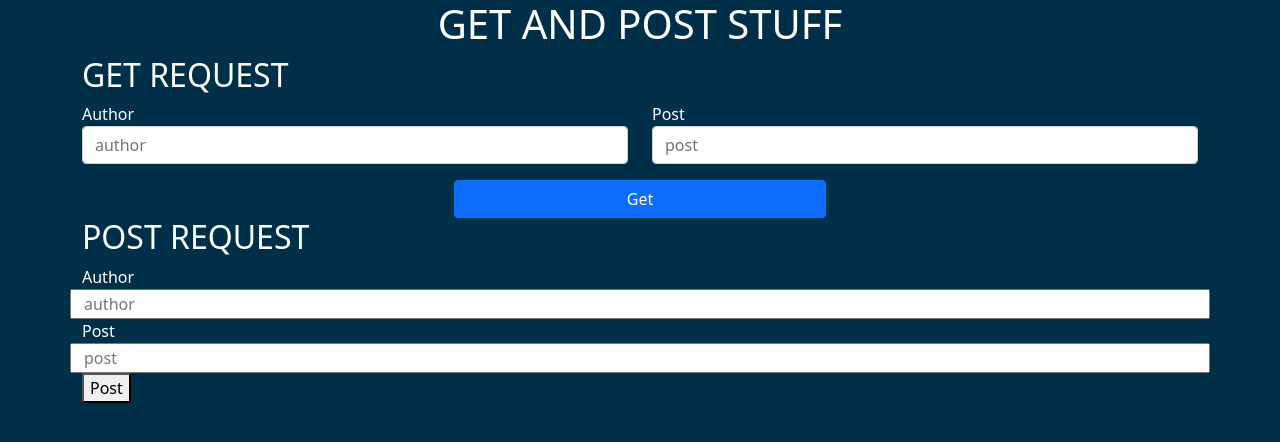
Repository: uditjain100/JavaScript-for-Web
Page: 17.REST/getPost.html
The author's editor kept a copy of each file at every save. The page is drawn from the files as they stood at one save, then again after the next save.
The browser window is 1280 px wide. The pictures show the whole page.

Above is the page before, as saved 2021-01-28 17:26:43.

### 17.REST/getPost.html
<!DOCTYPE html>
<html lang="en">
  <head>
    <meta charset="UTF-8" />
    <meta name="viewport" content="width=device-width, initial-scale=1.0" />
    <title>GET_POST</title>
    <link
      href="https://cdn.jsdelivr.net/npm/bootstrap@5.0.0-beta1/dist/css/bootstrap.min.css"
      rel="stylesheet"
      integrity="sha384-giJF6kkoqNQ00vy+HMDP7azOuL0xtbfIcaT9wjKHr8RbDVddVHyTfAAsrekwKmP1"
      crossorigin="anonymous"
    />
  </head>
  <body style="background-color: #003049; color: white">
    <div class="container">
      <h1 class="display_2 d-grid col-6 mx-auto" style="text-align: center">
        GET AND POST STUFF
      </h1>

      <h2 class="display_4">GET REQUEST</h2>

      <form
        action="http://localhost:3000/tacos"
        class="form-group"
        method="GET"
      >
        <div class="row">
          <div class="form-group col-6">
            <label for="get_author" id="author_label">Author</label>
            <input
              type="text"
              class="form-control"
              id="get_author"
              placeholder="author"
            />
          </div>
          <div class="form-group col-6">
            <label for="get_post" id="post_label">Post</label>
            <input
              type="text"
              class="form-control"
              id="get_post"
              placeholder="post"
            />
          </div>
        </div>
        <button type="submit" class="btn btn-primary d-grid col-4 mx-auto mt-3">
          Get
        </button>
      </form>

      <h2 class="display_4">POST REQUEST</h2>

      <!-- <form
        action="http://localhost:3000/tacos"
        class="form-group"
        method="POST"
      >
        <div class="row">
          <div class="form-group col-6">
            <label for="post_author" id="author_label">Author</label>
            <input
              type="text"
              class="form-control"
              id="post_author"
              placeholder="author"
            />
          </div>
          <div class="form-group col-6">
            <label for="post_post" id="post_label">Post</label>
            <input
              type="text"
              class="form-control"
              id="post_post"
              placeholder="post"
            />
          </div>
        </div>
        <button type="submit" class="btn btn-primary d-grid col-4 mx-auto mt-3">
          Post
        </button>
      </form> -->

      <form action="http://localhost:3000/tacos" method="POST">
        <div class="row">
          <label for="post_author" id="author_label">Author</label>
          <input type="text" id="post_author" placeholder="author" />
          <label for="post_post" id="post_label">Post</label>
          <input type="text" id="post_post" placeholder="post" />
        </div>
        <button>Post</button>
      </form>
    </div>
  </body>
</html>

After the next save:
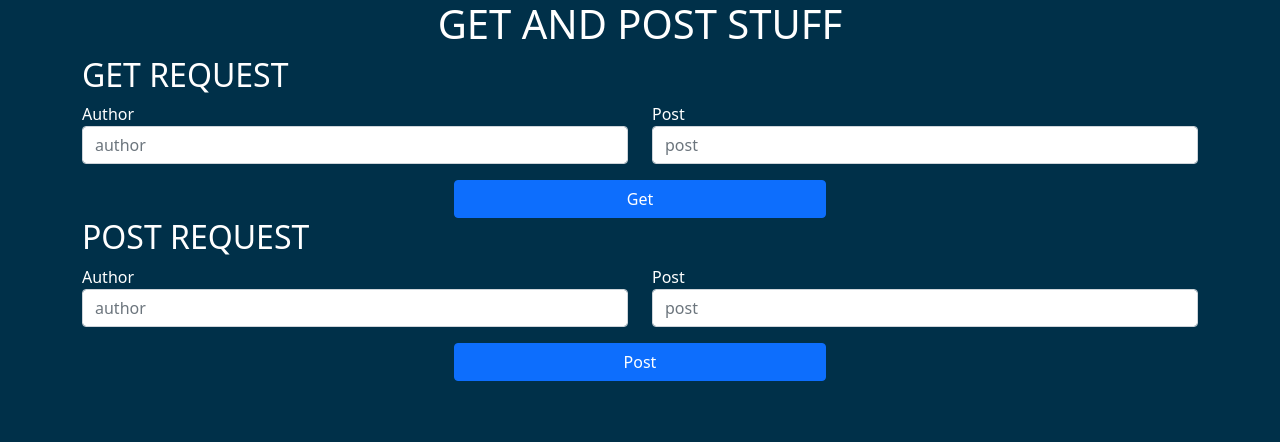
Saved 29 s later.
--- a/17.REST/getPost.html
+++ b/17.REST/getPost.html
@@ -51,7 +51,7 @@
 
       <h2 class="display_4">POST REQUEST</h2>
 
-      <!-- <form
+      <form
         action="http://localhost:3000/tacos"
         class="form-group"
         method="POST"
@@ -79,16 +79,6 @@
         <button type="submit" class="btn btn-primary d-grid col-4 mx-auto mt-3">
           Post
         </button>
-      </form> -->
-
-      <form action="http://localhost:3000/tacos" method="POST">
-        <div class="row">
-          <label for="post_author" id="author_label">Author</label>
-          <input type="text" id="post_author" placeholder="author" />
-          <label for="post_post" id="post_label">Post</label>
-          <input type="text" id="post_post" placeholder="post" />
-        </div>
-        <button>Post</button>
       </form>
     </div>
   </body>
